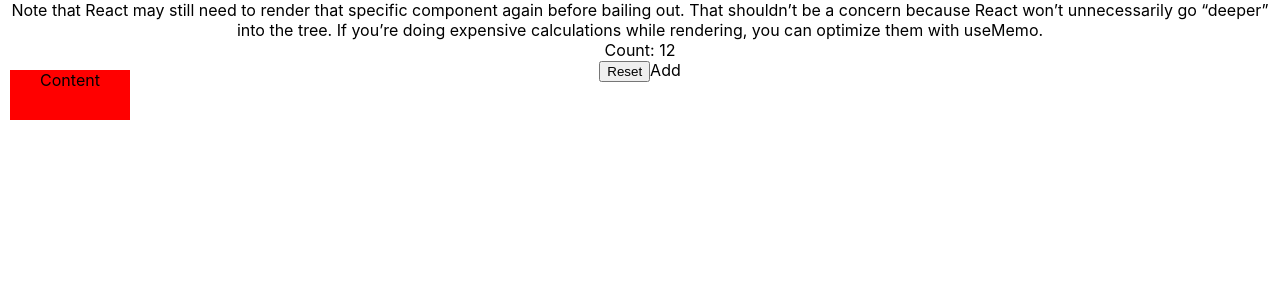
Repository: Farbod29/React-text-highlighter-with-hook-
Page: /
The author's editor kept a copy of each file at every save. The page is drawn from the files as they stood at one save, then again after a run of saves.
The browser window is 1280 px wide. The pictures show the whole page.
The project was rebuilt for these pictures with package versions that can differ from the ones it lists, and the page was loaded fresh each time.

Above is the page before, as saved 2022-02-18 20:58:06.

### src/App.js
import './App.css';
import Highlighter from './highlighter';
function App() {
  return (
    <div className="App">
      <Highlighter />
    </div>
  );
}

export default App;

### src/highlighter.js
import React, { useEffect, useState } from 'react';

export default function Highlighter() {
  let doit = () => {
    document.onmouseup = () => {
      console.log(window.getSelection().toString());
    };
  };
  const [count, setCount] = useState(12);
  return (
    <>
      <div>
        {' '}
        Note that React may still need to render that specific component again
        before bailing out. That shouldn’t be a concern because React won’t
        unnecessarily go “deeper” into the tree. If you’re doing expensive
        calculations while rendering, you can optimize them with useMemo.
      </div>
      Count: {count}
      {/* <button onClick={() => setCount((prevCount) => prevCount - 1)}>-</button> */}
      <div>
        <div
          style={{
            padding: '0px 10px',
            position: 'fixed',
            height: '50px',
            width: '100px',
            margin: '10px',
            backgroundColor: 'red',
            inline: true,
            justifyContent: 'center',
            display: 'center',
          }}
        >
          Content
        </div>
        <button onClick={() => setCount(12)}>Reset</button>
        Add {doit()}
      </div>
    </>
  );
}

Loaded but not shown: public/index.html (common file); src/index.js (common file); src/index.css (common file); src/reportWebVitals.js (common file); src/App.css (common file)

After the next 3 saves:
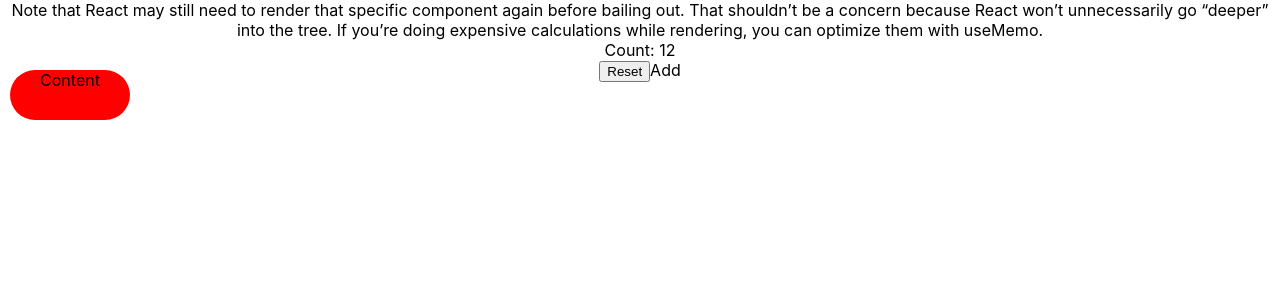
The 3 saves are shown as one change because 1 did not build or start and some came seconds apart.
The last was saved 6 min 21 s later.
--- a/src/highlighter.js
+++ b/src/highlighter.js
@@ -26,6 +26,7 @@ export default function Highlighter() {
             height: '50px',
             width: '100px',
             margin: '10px',
+            borderRadius: '25px',
             backgroundColor: 'red',
             inline: true,
             justifyContent: 'center',
